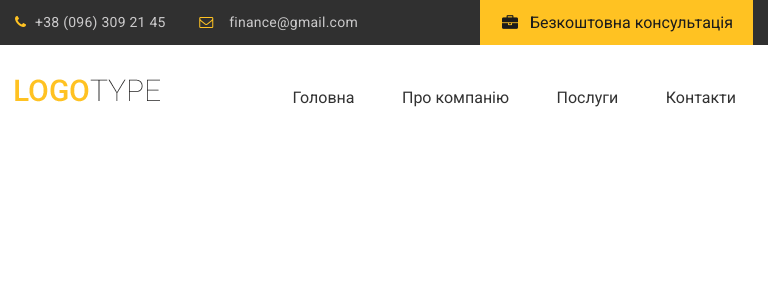
Repository: oliachipko/companysait
Page: index.html
An editor plug-in stored every save of this project. The page is shown before and after the next save, followed by the edit.
The browser window is 768 px wide. The pictures show the whole page.

Above is the page before, as saved 2020-11-23 22:17:57.

### index.html
<!DOCTYPE html>
<html lang="en">
  <head>
    <meta charset="UTF-8" />
    <meta name="viewport" content="width=device-width, initial-scale=1.0" />
    <title>Document</title>
    <link rel="preconnect" href="https://fonts.gstatic.com" />
    <link href="https://fonts.googleapis.com/css2?family=PT+Serif:wght@400;700&family=Roboto:wght@400;500;700&display=swap"
      rel="stylesheet"/>
    <link rel="stylesheet" href="css/normalize.css" />
    <link rel="stylesheet" href="css/fonts.css" />
    <link rel="stylesheet" href="css/jquery.fancybox.min.css" />
    <link rel="stylesheet" href="css/slick.css" />
    <link rel="stylesheet" href="css/jquery.formstyler.css">
    <link rel="stylesheet" href="css/style.css" />
    <link rel="stylesheet" href="css/media.css"/>
  </head>
  <body>
    <header class="header">
      <div class="header__top">
        <div class="container">
          <div class="header__contacts">
            <a class="header__phone" href="tel:380963092145">+38 (096) 309 21 45</a>
            <a class="header__email" href="#">finance@gmail.com</a>
            <a data-fancybox data-src="#modal" href="javascript:;" href="#" class="header__btn">
              Безкоштовна консультація
            </a>
          </div>
        </div>
      </div>
      <div class="header__content">
        <div class="container">
          <div class="header__content-inner">
            <div class="header__logo">
              <a href="#">
                <img src="img/logo.png" alt="" />
              </a>
            </div>
            <nav class="menu">
              <ul>
                <li><a href="#">Головна</a></li>
                <li><a href="#">Про компанію</a></li>
                <li><a href="#">Послуги</a></li>
                <li><a href="#">Контакти</a></li>
              </ul>
            </nav>
          </div>
        </div>
      </div>
    </header>
    <!--<section class="slider">
      <div class="container">
        <div class="slider__inner">
          <div class="slider__item">
            <div class="slider__item-content">
              <div class="slider__title">КОМПЛЕКСНЕ ЗАКРИТТЯ ПІДПРИЄМСТВА</div>
              <div class="slider__text">
                Повне зупинення ведення юридичного лиця зі збереженням
                легальності всієї минулої діяльності
              </div>
              <a data-fancybox data-src="#modal" href="javascript:;" class="slider__btn default-btn">
                Залишити заявку
              </a>
            </div>
          </div>

          <div class="slider__item">
            <div class="slider__item-content">
              <div class="slider__title">КОМПЛЕКСНЕ ЗАКРИТТЯ ПІДПРИЄМСТВА</div>
              <div class="slider__text">
                Повне зупинення ведення юридичного лиця зі збереженням
                легальності всієї минулої діяльності
              </div>
              <a data-fancybox data-src="#modal" href="javascript:;" class="slider__btn default-btn">
                Залишити заявку
              </a>
            </div>
          </div>

          <div class="slider__item">
            <div class="slider__item-content">
              <div class="slider__title">КОМПЛЕКСНЕ ЗАКРИТТЯ ПІДПРИЄМСТВА</div>
              <div class="slider__text">
                Повне зупинення ведення юридичного лиця зі збереженням
                легальності всієї минулої діяльності
              </div>
              <a data-fancybox data-src="#modal" href="javascript:;"class="slider__btn default-btn">
                Залишити заявку
              </a>
            </div>
          </div>
        </div>
      </div>
    </section>
    <section class="services">
      <div class="container">
        <div class="services__top">
          <div class="services__title-box">
            <div class="services__title">Наші послуги</div>
            <div class="services__text">
              Комплексний підхід до вашого питання, своєчасна правова допомогаб
              представлення інтересів в усіх судових інстанціях.
            </div>
          </div>
          <div class="services__btn">
          <a href="" class="services__btn"> Показати всі послуги </a>
        </div>
      </div>
      <div class="services__items">
        <div class="services__item">
          <img src="img/about-1.png" alt="">
          <div class="services__item-title">
            Банкротство і ліквідація
          </div>
          <div class="services__item-text">
            Повне зупинення існування юридичного лиця зі збереженням легальності всієї
            минулої діяльності
          </div>
          <div class="services__item-btn">
            <a class="services__item-link" href="#">Детальніше</a>
            <a data-fancybox data-src="#modal" href="javascript:;" class="default-btn">
                Замовити
            </a>
          </div>
        </div>

        <div class="services__item">
          <img src="img/about-2.png" alt="">
          <div class="services__item-title">
            Адвокатський супровід
          </div>
          <div class="services__item-text">
            Ми гарантуємо повне професійне обслуговування клієнтів в заявлених сферах
            діяльності і дотримання конфеденційності.
          </div>
          <div class="services__item-btn">
            <a class="services__item-link" href="#">Детальніше</a>
            <a data-fancybox data-src="#modal" href="javascript:;" class="default-btn">
                Замовити
            </a>
          </div>
        </div>

        <div class="services__item">
          <img src="img/about-3.png" alt="">
          <div class="services__item-title">
            Податковий аудит
          </div>
          <div class="services__item-text">
            Податковий аудит проводять перед проведенням податкових перевірок, при оцінці можливих
            податкових ризиків, при оптимізації оподаткування.
          </div>
          <div class="services__item-btn">
            <a class="services__item-link" href="#">Детальніше</a>
            <a data-fancybox data-src="#modal" href="javascript:;" class="default-btn">
                Замовити
            </a>
          </div>
        </div>
      </div>
    </section>
    <section class="about">
      <div class="container">
        <div class="about__inner">
        <div class="about__title">
          Про компанію
        </div>
        <div class="about__text">
          Компанія спеціалізується на наданні послуг в сфері корпоративного права, податкового
          консалтингу, прдеставлення в судах, ліквідації і банкротства підприємств. На
          сьогоднішний день, колектив компанії обєднує
          високо професійних експертів, що мають
          спеціалізації в окермих областях права.

        </div>
        <a  href="#" class="about__btn default-btn">
          Дізнатись більше
      </a>

      </div>
    </div>
    </section>
    <section class="form">
     <div class="container">
       <div class="form__inner">
         <div class="form__content">
          <div class="form__title-box">
            <div class="form__title">
              Отримати консультацію
            </div>
            <div class="form__text">
              Комплексний підхід до вашого питання, своєчасна правова допомогаб
              представлення інтересів в усіх судових інстанціях.
            </div>
          </div>
          <div class="form__box">
            <form>
              <div class="form__box-inner">
                <div class="form__box-left">
                  <label>
                  E-mail
                    <input type="text">
                  </label>
                  <label>
                  Контактний телефон
                    <input type="text">
                  </label>
                  <label>
                  ПІБ
                    <input type="text">
                  </label>
                  <label>
                    Тема питання
                    <select>
                      <option>-----------</option>
                      <option>-----------</option>
                      <option>-----------</option>
                      <option>-----------</option>
                    </select>
                  </label>

                </div>
                <div class="form__box-right">
                  <label>
                    Повідомлення
                    <textarea></textarea>
                  </label>
                  <button class="default-btn" type="submit">Отримати консультацію</button>
                </div>
              </div>
            </form>
          </div>

         </div>
       </div>
     </div>
    </section>
    <section class="advantages">
      <div class="container">
        <div class="advantages__inner">
          <div class="advantages-item">
            <div class="advantages__title">
              Десятки добровільних ліквідацій щомісячно

            </div>
            <div class="advantages__text">
              Ми вміємо мінімізувати всі ризики в процечі
              добровільної ліквідації юридичних осіб.
            </div>
          </div>
          <div class="advantages-item">
             <div class="advantages__title">
            Відмінне знання законів в сфері банкрутства
            </div>
          <div class="advantages__text">
            Позволяють нам ефективно відстоювати як інтереси кредиторів,
            так і інтереси власників проблемної організації.
          </div>
        </div>
        <div class="advantages-item">
          <div class="advantages__title">
          Великий досвід супровіду банкрутства
        </div>
        <div class="advantages__text">
          Ми володіємо великим досвідом супроводу процедур
          банкрутства підприємств.
        </div>
      </div>
    </div>
    </div>
    </section>
    <section class="news">
      <div class="container">
        <div class="news__top">
          <div class="news__title-box">
            <div class="news__title">Новини компанії</div>
            <div class="news__text">
              Комплексний підхід до вашого питання, своєчасна правова допомога
              представлення інтересів в усіх судових інстанціях.
            </div>
          </div>
          <div class="news__btn">
          <a href="" class="news__btn"> Відкрити всі новини</a>
        </div>
      </div>
      <div class="news__inner">
        <div class="news__slider">
          <div class="news__slider-inner">
            <div class="news__slider-item">
              <div class="news__slider-title">
                Банкрутство і ліквідація підприємств в Україні
                </div>
                <div class="news__slider-text">
                  "На сьогоднішній день, колектив компанії об'єднує високопрофесійних
                  експертів, що мають спеціалізації в окремих областях права. На сьогоднішній день, колектив компанії об'єднує високопрофесійних
                  експертів, що мають спеціалізації в окремих областях права. На сьогоднішній день, колектив компанії об'єднує високопрофесійних
                  експертів, що мають спеціалізації в окремих областях права..."
                </div>
                <div class="news__slider-author">
                  Василь Мирошнів, генеральний директор компанії Lowforu
                </div>
              </div>

              <div class="news__slider-item">
                <div class="news__slider-title">
                  Банкрутство і ліквідація підприємств в Україні
                  </div>
                  <div class="news__slider-text">
                    "На сьогоднішній день, колектив компанії об'єднує високопрофесійних
                    експертів, що мають спеціалізації в окремих областях права. На сьогоднішній день, колектив компанії об'єднує високопрофесійних
                    експертів, що мають спеціалізації в окремих областях права. На сьогоднішній день, колектив компанії об'єднує високопрофесійних
                    експертів, що мають спеціалізації в окремих областях права..."
                  </div>
                  <div class="news__slider-author">
                    Василь Мирошнів, генеральний директор компанії Lowforu
                  </div>
                </div>
                <div class="news__slider-item">
                  <div class="news__slider-title">
                    Банкрутство і ліквідація підприємств в Україні
                    </div>
                    <div class="news__slider-text">
                      "На сьогоднішній день, колектив компанії об'єднує високопрофесійних
                      експертів, що мають спеціалізації в окремих областях права. На сьогоднішній день, колектив компанії об'єднує високопрофесійних
                      експертів, що мають спеціалізації в окремих областях права. На сьогоднішній день, колектив компанії об'єднує високопрофесійних
                      експертів, що мають спеціалізації в окремих областях права..."
                    </div>
                    <div class="news__slider-author">
                      Василь Мирошнів, генеральний директор компанії Lowforu
                    </div>
                  </div>
            </div>
        </div>

          <a href="#" class="news__blog">
            <div class="news__images">
              <img src="img/news-1.jpg" alt="">
              <div class="news__date">03.04</div>
            </div>
            <div class="news__blog-title">
              Новини компанії
            </div>
            <div class="news__blog-text">
              На сьогоднішній день, колектив компанії об'єднує високо професійних
              експертів, що мають спеціалізації в окремих областях права.
            </div>
          </a>

         <a href="#" class="news__blog">
            <div class="news__images">
              <img src="img/news-2.jpg" alt="">
              <div class="news__date">03.04</div>
            </div>
            <div class="news__blog-title">
              Новини компанії
            </div>
            <div class="news__blog-text">
              На сьогоднішній день, колектив компанії об'єднує високо професійних
              експертів, що мають спеціалізації в окремих областях права.
            </div>
          </a>
      </div>
      </div>
    </section>
    <footer class="footer">
      <div class="footer__content">
        <div class="container">
          <div class="footer__inner">
          <div class="footer__info">
            <div class="footer__title">
              Комплексне закриття підприємства
            </div>
            <div class="footer__text">
              Повне припинення існування юридичного лиця зі збереженням
              легальності всієї минулої діяльності.
            </div>
            <a data-fancybox data-src="#modal" href="javascript:;" href="#" class="header__btn">
              Безкоштовна консультація
            </a>
            <ul class="footer__list">
              <li><a class="footer" href="tel:+380954826242">+38 (095) 482 62 42</a></li>
              <li><a href="#">finance@gmail.com</a></li>
              <li><a class="footer__adress" href="#">Ivano-Frankivsk, Franka st., 28 </a></li>
            </ul>
          </div>
          <div class="footer__map">
           <iframe src="https://www.google.com/maps/embed?pb=!1m18!1m12!1m3!1d2621.6529053206646!2d24.714296279972665!3d48.922004879395104!2m3!1f0!2f0!3f0!3m2!1i1024!2i768!4f13.1!3m3!1m2!1s0x4730c16c406ceca7%3A0xd9af989ffe2d1b95!2z0YPQuy4g0JjQstCw0L3QsCDQpNGA0LDQvdC60L4sIDI4LCDQmNCy0LDQvdC-LdCk0YDQsNC90LrQvtCy0YHQuiwg0JjQstCw0L3Qvi3QpNGA0LDQvdC60L7QstGB0LrQsNGPINC-0LHQu9Cw0YHRgtGMLCA3NjAwMA!5e0!3m2!1sru!2sua!4v1606085984050!5m2!1sru!2sua"
            width="630px" height="250px" frameborder="0" style="border:0;" allowfullscreen="" aria-hidden="false" tabindex="0">
          </iframe>

          </div>
          </div>
        </div>
      </div>
      <div class="footer__copy">
        <div class="container">
          <div class="copy__text">
            © 2017 Template by Anastasia Shaposhyk. Всі права захищено.
          </div>
        </div>
      </div>
    </footer>
  -->


    <div id="modal">
     <form>
       <input type="text" placeholder="Ваше ім'я">
       <input type="text" placeholder="Ваше телефон">
       <input type="submit" value="Відправити">
     </form>
    </div>

    <script src="https://ajax.googleapis.com/ajax/libs/jquery/3.5.1/jquery.min.js"></script>
    <script src="js/jquery.fancybox.min.js"></script>
    <script src="js/slick.min.js"></script>
    <script src="js/jquery.formstyler.min.js"></script>
    <script src="js/main.js"></script>
  </body>
</html>

### css/fonts.css
@font-face {
  font-family: 'icomoon';
  src:  url('../fonts/icomoon.eot?nqt5zc');
  src:  url('../fonts/icomoon.eot?nqt5zc#iefix') format('embedded-opentype'),
    url('../fonts/icomoon.ttf?nqt5zc') format('truetype'),
    url('../fonts/icomoon.woff?nqt5zc') format('woff'),
    url('../fonts/icomoon.svg?nqt5zc#icomoon') format('svg');
  font-weight: normal;
  font-style: normal;
  font-display: block;
}

[class^="icon-"], [class*=" icon-"] {
  /* use !important to prevent issues with browser extensions that change fonts */
  font-family: 'icomoon' !important;
  font-style: normal;
  font-weight: normal;
  font-variant: normal;
  text-transform: none;
  line-height: 1;

  /* Better Font Rendering =========== */
  -webkit-font-smoothing: antialiased;
  -moz-osx-font-smoothing: grayscale;
}

.icon-envelope-o:before {
  content: "\f003";
}
.icon-check:before {
  content: "\f00c";
}
.icon-map-marker:before {
  content: "\f041";
}
.icon-phone:before {
  content: "\f095";
}
.icon-briefcase:before {
  content: "\f0b1";
}
.icon-bars:before {
  content: "\f0c9";
}
.icon-navicon:before {
  content: "\f0c9";
}
.icon-reorder:before {
  content: "\f0c9";
}
.icon-angle-left:before {
  content: "\f104";
}
.icon-angle-right:before {
  content: "\f105";
}
.icon-quote-left:before {
  content: "\f10d";
}
.icon-quote-right:before {
  content: "\f10e";
}
.icon-ellipsis-v:before {
  content: "\f142";
}

### css/media.css
@media (max-width: 968px){

}

Loaded but not shown: css/normalize.css (library); css/jquery.fancybox.min.css (library); css/slick.css (common file); css/jquery.formstyler.css (common file); js/jquery.fancybox.min.js (library); js/slick.min.js (library); js/jquery.formstyler.min.js (library); js/main.js (12 lines, source omitted); css/style.css (689 lines, source omitted)

After the next save:
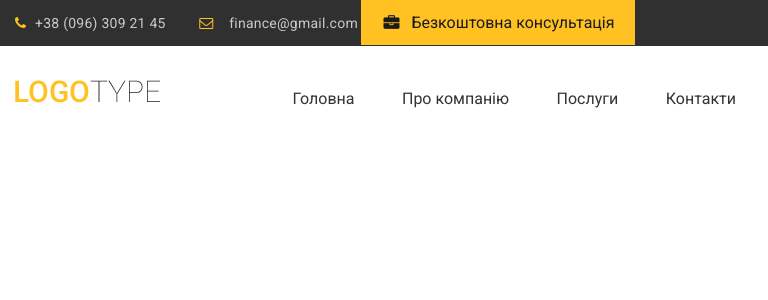
Saved 92 s later.
--- a/css/media.css
+++ b/css/media.css
@@ -1,3 +1,5 @@
 @media (max-width: 968px){
-
+    .header__btn{
+        float: none;
+    }
 }
